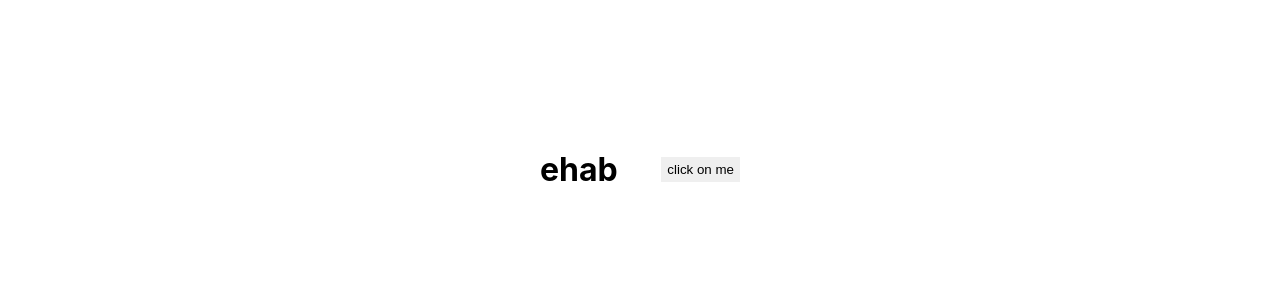
Repository: ehabmelhem/Demotweet-app
Page: /
An editor plug-in stored every save of this project. The page is shown before and after the next save, followed by the edit.
The browser window is 1280 px wide. The pictures show the whole page.
The project was rebuilt for these pictures with package versions that can differ from the ones it lists, and the page was loaded fresh each time.

Above is the page before, as saved 2021-01-22 20:16:15.

After the next save:
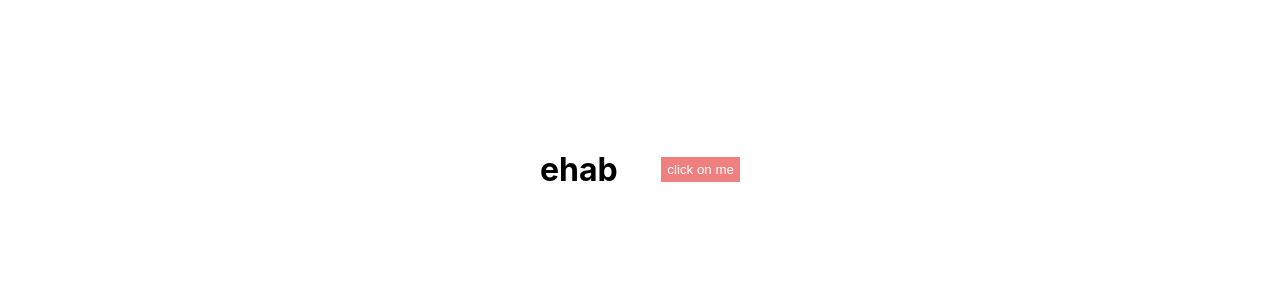
Saved 13 s later.
--- a/src/App.css
+++ b/src/App.css
@@ -13,4 +13,6 @@ button {
   border: none;
   outline: none;
   cursor: pointer;
+  color: white;
+  background-color: lightcoral;
 }
